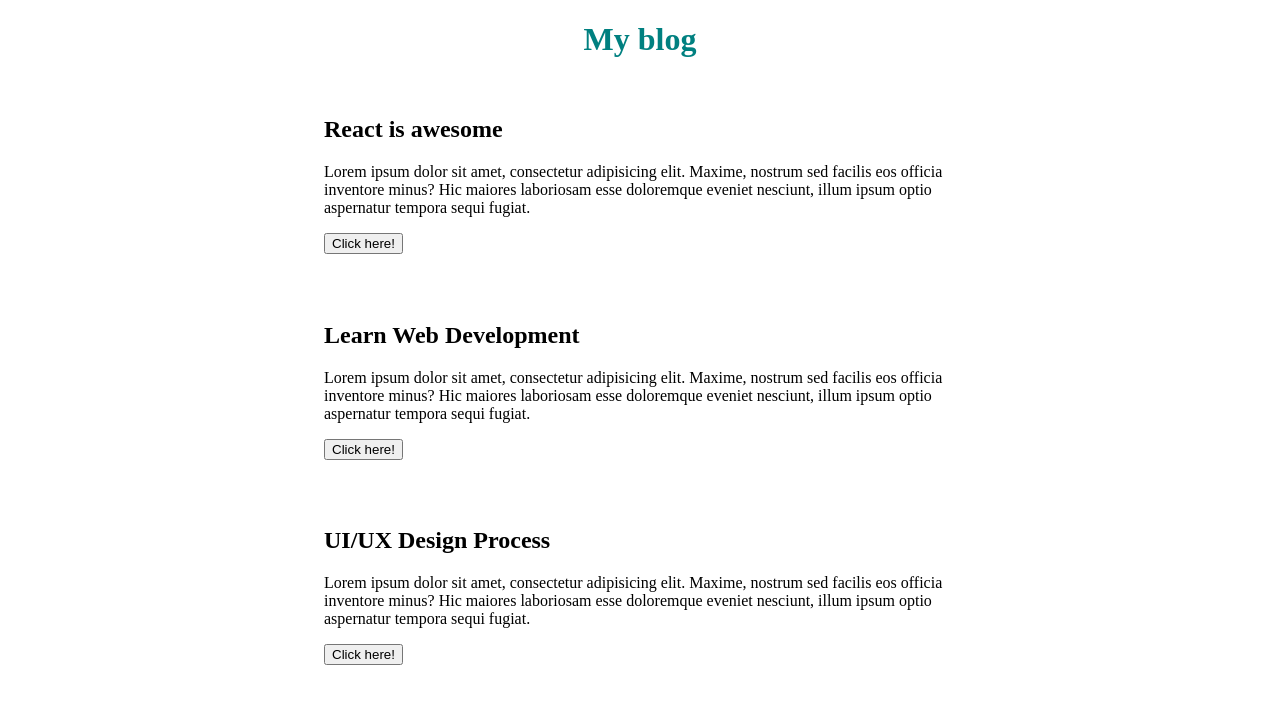
Repository: rosielee09/D3-H-week1
Page: /
The author's editor kept a copy of each file at every save. The page is drawn from the files as they stood at one save, then again after the next save.
The browser window is 1280 px wide. The pictures show the whole page.
The project was rebuilt for these pictures with package versions that can differ from the ones it lists, and the page was loaded fresh each time. Also part of the build but not shown: vite.config.js.

Above is the page before, as saved 2025-09-10 14:05:07.

After the next save:
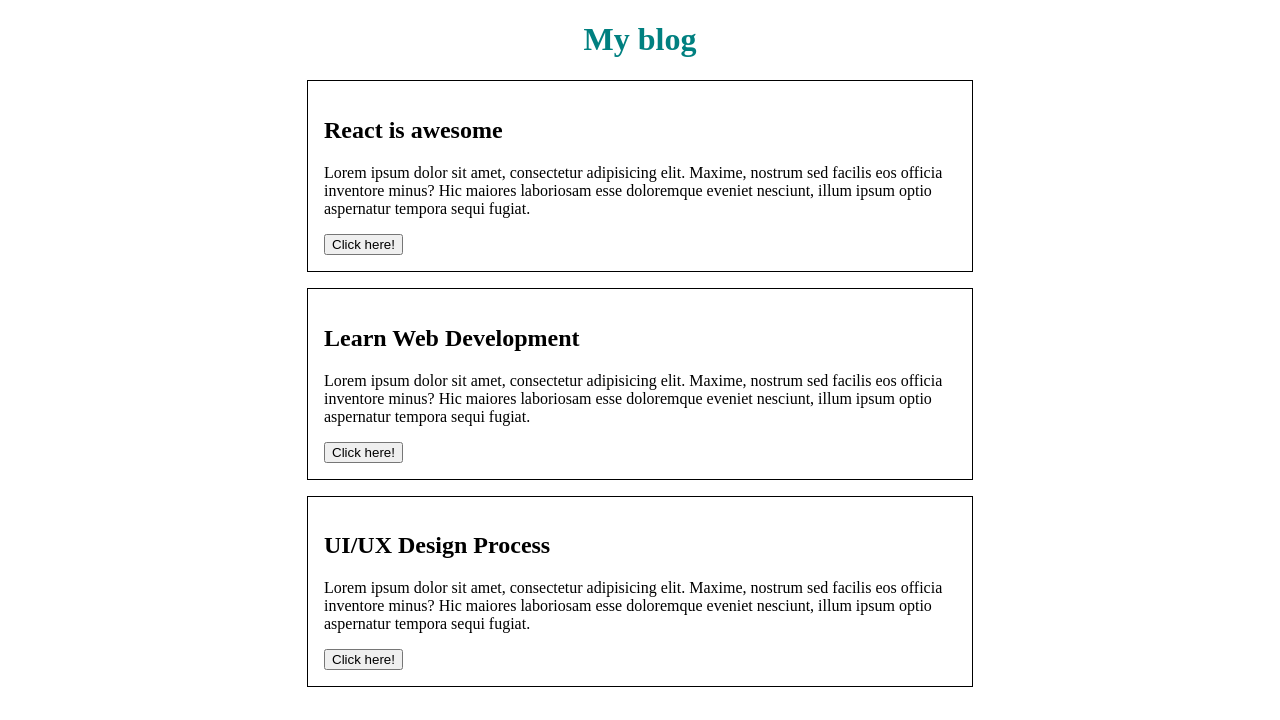
Saved 26 s later.
--- a/src/index.css
+++ b/src/index.css
@@ -7,4 +7,5 @@ h1 {
 	margin: 1em auto;
 	width: 50%;
 	padding: 1em;
+	border: 1px solid;
 }
